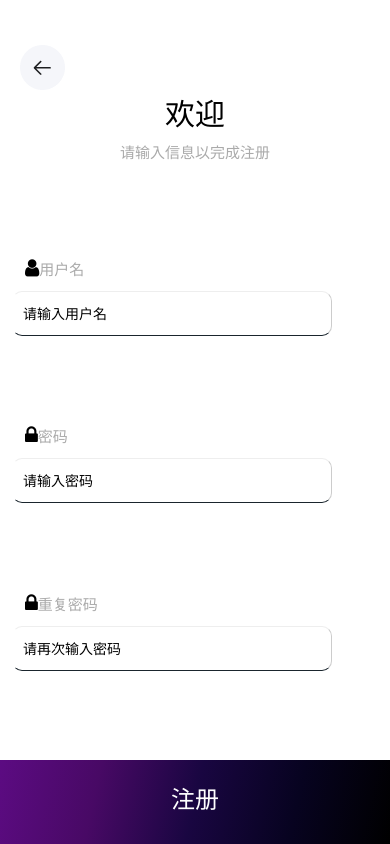
Repository: eyebone/barManager
Screen: /sign
An editor plug-in stored every save of this project. The screen is shown before and after a run of saves, followed by the edit.
The app was drawn by React Native's web renderer in a window 390 px wide. The project was rebuilt for these pictures with package versions that can differ from the ones it lists, and the page was loaded fresh each time. Some packages were replaced by stand-ins written for this rebuild. Also part of the build but not shown: components/EmojiPicker.js, components/Button.js, components/ImageViewer.js, components/circleButton.js, components/IconButton.js, view/ViewOne.js, view/Main.js.

Above is the screen before, as saved 2023-06-26 16:46:55.

### App.js
// In App.js in a new project

import * as React from "react";
import { Button, View, Text, StyleSheet, Pressable, Alert } from "react-native";
// import React-native from 'react-native';
import { NavigationContainer } from "@react-navigation/native";
import { createNativeStackNavigator } from "@react-navigation/native-stack";
import { ViewOne } from "./view/ViewOne";
import { SignView } from "./view/Sign";
import { LinearGradient } from "expo-linear-gradient";
import FontAwesome from "react-native-vector-icons/FontAwesome";
import { MainView } from "./view/Main";

function HomeScreen({ navigation }) {
  return (
    <View style={styles.container}>
      <LinearGradient
        start={{ x: 0, y: 0 }}
        end={{ x: 1, y: 1 }}
        colors={["#5c0b82", "#480965", "#190641", "#070320", "#000000"]}
        style={styles.linearGradient}
      >
        <Text>Home Screen</Text>
        <Pressable
          style={(styles.button, { backgroundColor: "#faf2de" })}
          onPress={() => navigation.push("test")}
        >
          <FontAwesome name="home" size={26} style={{ paddingRight: 8 }} />
          <Text>go to detail</Text>
        </Pressable>

        <Button
          title="Go to Sign"
          onPress={() => navigation.navigate("sign")}
        />
        <Text style={styles.buttonText}>Sign in with Facebook</Text>
      </LinearGradient>
    </View>
  );
}

const Stack = createNativeStackNavigator();

function App() {
  return (
    <NavigationContainer style={styles.container}>
      <Stack.Navigator initialRouteName="Home">
        <Stack.Screen
          name="Home"
          component={HomeScreen}
          // options={{ title: "Overview", backgroundColor: "transparent" }}
          options={{ headerShown: false }}
        />
        <Stack.Screen name="test" component={ViewOne} />
        <Stack.Screen name="sign" component={SignView}
          options={{ headerShown: false }}
        />
        <Stack.Screen name="Main" component={MainView} />
      </Stack.Navigator>
    </NavigationContainer>
  );
}

export default App;

const styles = StyleSheet.create({
  container: {
    flex: 1,
    flexDirection: "column",
    backgroundColor: "#000000",
    //    alignItems: 'center',
  },
  linearGradient: {
    height: 740,
  },
  button: {
    borderRadius: 10,
    width: 300,
    height: 30,
    alignItems: "center",
    justifyContent: "center",
    flexDirection: "row",
  },
});

### view/Sign.js
//这是注册界面

import { StatusBar } from "expo-status-bar";
import { StyleSheet, View, Text } from "react-native";
import Button from "../components/Button";
import ImageViewer from "../components/ImageViewer";
import * as ImagePicker from "expo-image-picker";
import { useState } from "react";
const PlaceholderImage = require("../assets/images/background-image.png");
import * as React from "react";
import FontAwesome from "react-native-vector-icons/FontAwesome";
import {
  FlatList,
  Image,
  Platform,
  Pressable,
  PixelRatio,
  TextInput,
  Alert,
} from "react-native";
import { NavigationContainer } from "@react-navigation/native";
import { createNativeStackNavigator } from "@react-navigation/native-stack";
import { LinearGradient } from "expo-linear-gradient";
//import {Text } from 'react-native';

const createTwoButtonAlert = () =>
  Alert.alert("提示：", "您已注册成功！", [
    { text: "OK", onPress: () => console.log("OK Pressed") },
  ]);

export function SignView({ navigation }) {
  const [value, onChangeText] = React.useState("");

  return (
    <View style={styles.container}>
      <Pressable onPress={() => navigation.push("Home")}>
        <Image
          source={require("../assets/bar/Back.png")}
          style={{ marginLeft: 20, marginTop: 45 }}
        />
      </Pressable>

      <View style={styles.welcomeContainer}>
        <Text style={styles.welcomeText} numberOfLines={1}>
          欢迎
        </Text>
        <Text style={styles.infoText}>请输入信息以完成注册</Text>
      </View>
      <View style={styles.inputBar}>
        <FontAwesome name="user" size={20} style={{ marginLeft: 25 }}>
          <Text style={styles.smallText}>用户名</Text>
        </FontAwesome>

        <TextInput
          maxLength={40}
          onChangeText={(text) => onChangeText(text)}
          value={value}
          style={styles.input}
          placeholder="请输入用户名"
        />
      </View>
      <View style={styles.inputBar}>
        <FontAwesome name="lock" size={20} style={{ marginLeft: 25 }}>
          <Text style={styles.smallText}>密码</Text>
        </FontAwesome>
        <TextInput
          style={styles.input}
          placeholder="请输入密码"
          secureTextEntry={true}
        />
      </View>
      <View style={styles.inputBar}>
        <FontAwesome name="lock" size={20} style={{ marginLeft: 25 }}>
          <Text style={styles.smallText}>重复密码</Text>
        </FontAwesome>
        <TextInput
          style={styles.input}
          placeholder="请再次输入密码"
          secureTextEntry={true}
        />
      </View>
      {/* <View style={styles.footerContainer}>
        <Text style={styles.regText}>注册</Text>
      </View> */}
      <LinearGradient
        start={{ x: 0, y: 0 }}
        end={{ x: 1, y: 1 }}
        colors={["#5c0b82", "#480965", "#190641", "#070320", "#000000"]}
        style={styles.linearGradient}
      >
        <Pressable
          onPress={() => {
            navigation.push("Main");
            createTwoButtonAlert();
          }}
        >
          <Text style={styles.regText}>注册</Text>
        </Pressable>
      </LinearGradient>
    </View>
  );
}

const styles = StyleSheet.create({
  container: {
    flex: 1,
    flexDirection: "column",
    backgroundColor: "#fff",
    //    alignItems: 'center',
  },
  welcomeContainer: {
    flex: 1,
    backgroundColor: "#fff",
    alignItems: "center",
    // marginTop: 60,
    height: 60,
  },
  welcomeText: {
    fontSize: PixelRatio.getFontScale() * 30,
    //    fontFamily: STKaiti,
  },
  infoText: {
    color: "#aaa",
    fontSize: PixelRatio.getFontScale() * 15,
    lineHeight: 38,
  },
  imageContainer: {
    flex: 1,
    paddingTop: 58,
  },
  smallText: {
    fontSize: PixelRatio.getFontScale() * 15,
    color: "#aaa",
    // paddingLeft: 20
  },
  footerContainer: {
    flex: 1 / 2,
    alignItems: "center",
    backgroundColor: "#500B82",
    width: 380,
    height: 57,
    bottom: 0,
    //      marginTop: 600,
    //      paddingTop: 737,
  },
  inputBar: {
    flex: 1,
    // borderBottomColor: "#000",
    // borderBottomWidth: 1,
  },
  regText: {
    fontSize: PixelRatio.getFontScale() * 24,
    color: "#fff",
    margin: 20,
  },
  input: {
    height: 45,
    margin: 12,
    borderWidth: 1,
    padding: 10,
    width: 320,
    borderRadius: 10,
    borderTopColor: "#eee",
    borderLeftColor: "#Fff",
    borderRightColor: "#ccc",
    borderBottomColor: "#1A252D",
  },
  linearGradient: {
    height: 57,
    flex: 1 / 2,
    alignItems: "center",
  },
});

After the next 5 saves:
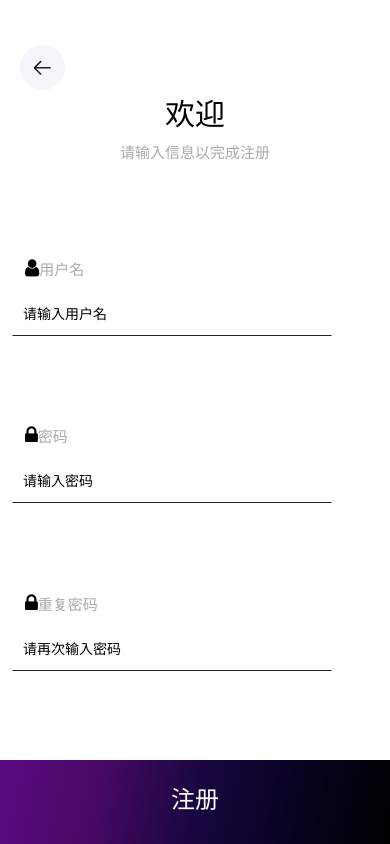
The 5 saves are shown as one change because they came seconds apart.
The last was saved 54 s later.
--- a/view/Sign.js
+++ b/view/Sign.js
@@ -159,10 +159,10 @@ const styles = StyleSheet.create({
     borderWidth: 1,
     padding: 10,
     width: 320,
-    borderRadius: 10,
-    borderTopColor: "#eee",
+    // borderRadius: 10,
+    borderTopColor: "#fff",
     borderLeftColor: "#Fff",
-    borderRightColor: "#ccc",
+    borderRightColor: "#fff",
     borderBottomColor: "#1A252D",
   },
   linearGradient: {
